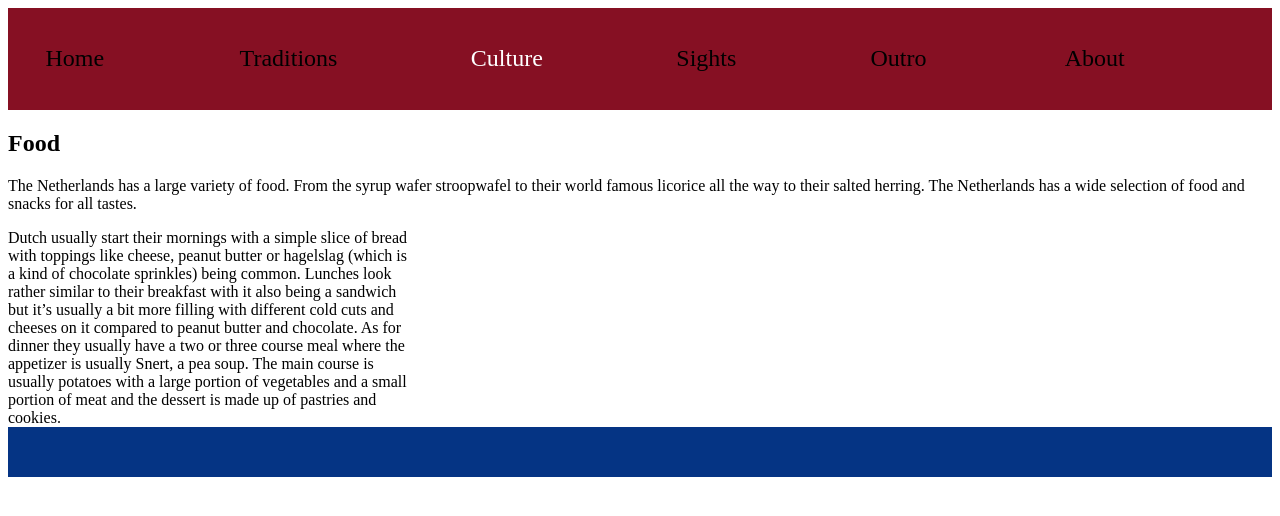
Repository: Cornman63/The-netherlands
Page: culture2.html
These files come from the project's save history. The page is drawn as it stood at one moment and after the next save; the edit follows.
The browser window is 1280 px wide. The pictures show the whole page.

Above is the page before, as saved 2023-05-26 11:18:01.

### culture2.html
<!DOCTYPE html>
<html lang="en">
<head>
    <meta charset="UTF-8">
    <meta http-equiv="X-UA-Compatible" content="IE=edge">
    <meta name="viewport" content="width=device-width, initial-scale=1.0">
    <title>Culture</title>
    <link rel="stylesheet" href="./style.css">
</head>
<body>
    <div class="top">
        <div class="site"><a href="index.html" class="link">Home</a></div>
        <div class="site"><a href="traditions.html" class="link">Traditions</a></div>
        <div class="site"><a href="culture2.html" style="color: white" class="link">Culture</a></div>
        <div class="site"><a href="sights.html" class="link">Sights</a></div>
        <div class="site"><a href="outro.html" class="link">Outro</a></div>
        <div class="site"><a href="about.html" class="link">About</a></div>
    </div>
    <div class="foodstart">
        <h2>
            Food
        </h2>
        <p>
            The Netherlands has a large variety of food. From the syrup wafer stroopwafel to their world famous licorice all the way to their salted herring. The Netherlands has a wide selection of food and snacks for all tastes.
        </p>
    </div>
    <div class="foodmain">
        <div class="food1">
            Dutch usually start their mornings with a simple slice of bread with toppings like cheese, peanut butter or hagelslag (which is a kind of chocolate sprinkles) being common. Lunches look rather similar to their breakfast with it also being a sandwich but it’s usually a bit more filling with different cold cuts and cheeses on it compared to peanut butter and chocolate. As for dinner they usually have a two or three course meal where the appetizer is usually Snert, a pea soup. The main course is usually potatoes with a large portion of vegetables and a small portion of meat and the dessert is made up of pastries and cookies.
        </div>
        <div class="sport1">

        </div>
        <div class="soceq1">

        </div>
    </div>
    <div class="bottom">

    </div>
</body>
</html>

### style.css
.top, .bottom {
    display: flex;
    flex-direction: row;
    justify-content: center;
    align-content:center;
    background-color:#861023;
    margin: auto;
    padding: 2%;
    font-size: 150%;
}
.bottom{
    background-color: #053484;
}

.site {
    display: flex;
    border: 1%;
    margin: 1%;
    margin-right: 10%;
    align-content: center;
    width: 90%;
}
.link{
    text-decoration: none;
}
.link:link {
    color:black;
}
.link:visited {
    color:black;
}
.link:hover {
    color:white;
}

#wafel, #hagel, #herring, #lico {
    width: 50%;
    height: 50%;
    display: flex;
    flex-direction: row;
}

.food {
    display: flex;
    flex-direction: row;
    width: 50%;
    flex-wrap: wrap;
    margin: auto;
    background-color:grey;
    padding: 1%;
    border-radius: 1%;
}
#foodh {
    margin: auto;
    font-size: large;
    align-content:center;
    justify-content: center;
    padding: 1%;
}
.food1 {
    max-width: 400px;

}

After the next save:
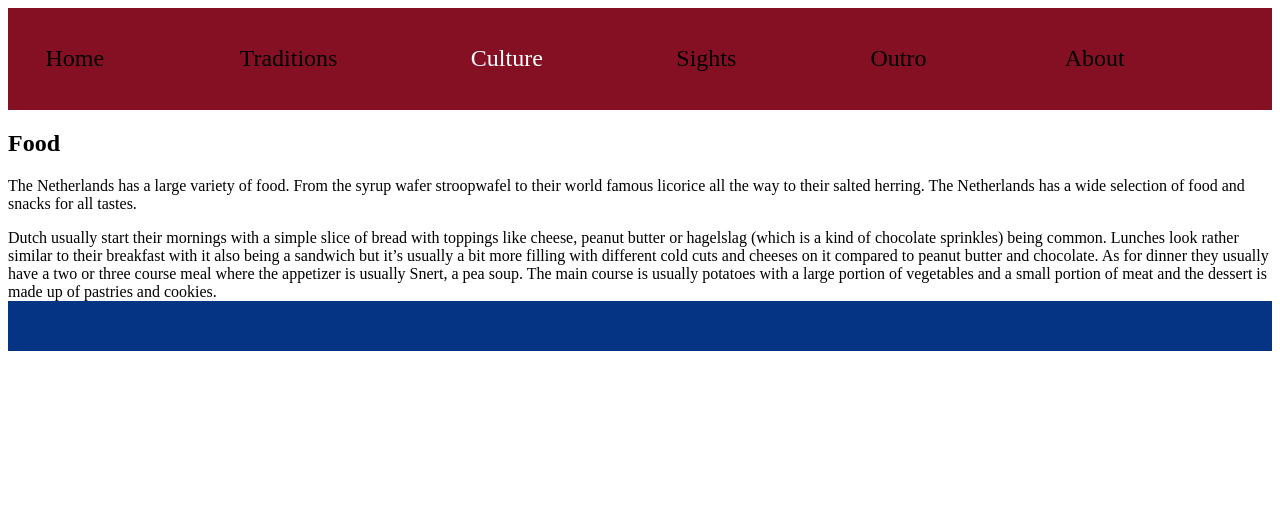
Saved 4 s later.
--- a/style.css
+++ b/style.css
@@ -57,7 +57,3 @@
     justify-content: center;
     padding: 1%;
 }
-.food1 {
-    max-width: 400px;
-
-}
